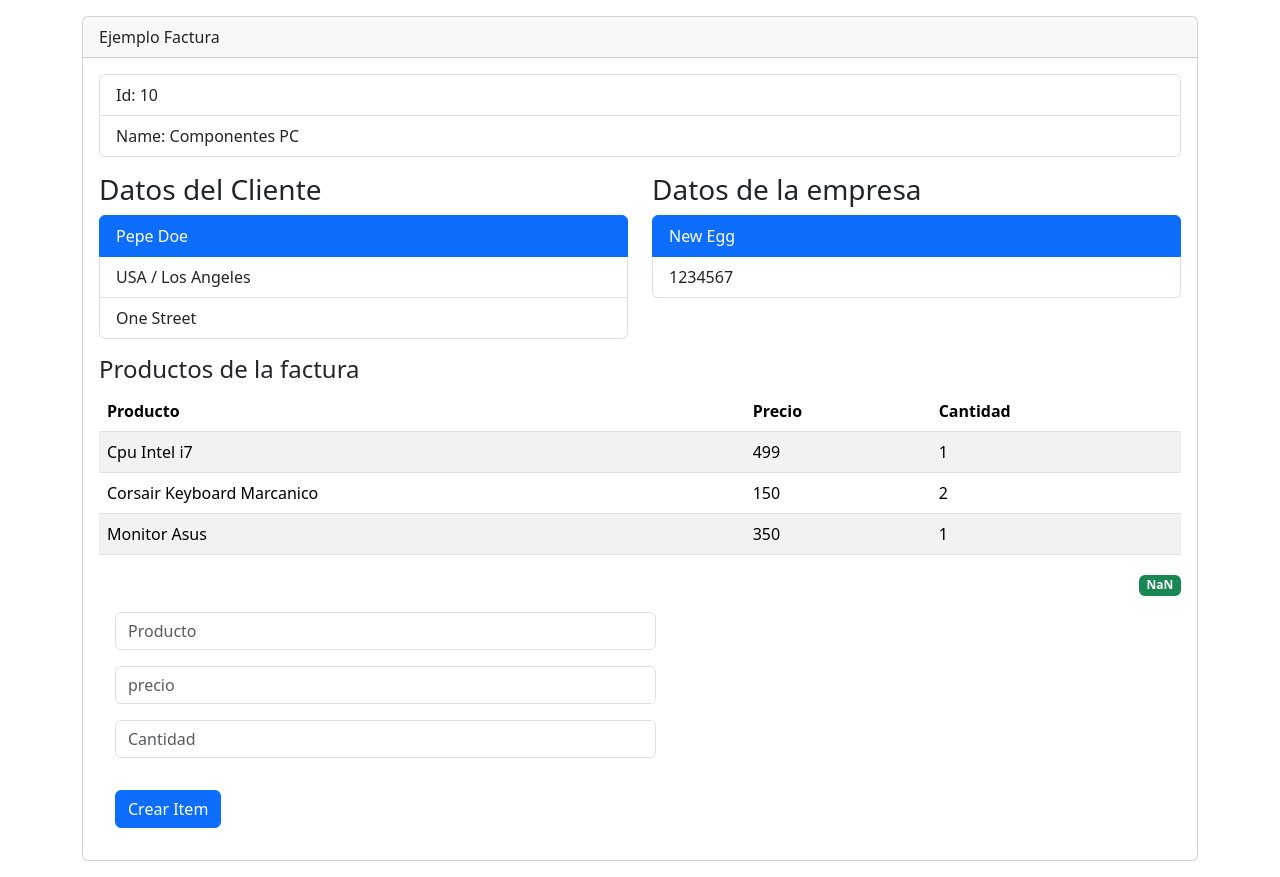
Repository: bryanesteban/4-invoice-app
Page: /
The author's editor kept a copy of each file at every save. The page is drawn from the files as they stood at one save, then again after a run of saves.
The browser window is 1280 px wide. The pictures show the whole page.
The project was rebuilt for these pictures with package versions that can differ from the ones it lists, and the page was loaded fresh each time. Also part of the build but not shown: vite.config.js.

Above is the page before, as saved 2023-11-24 19:26:56.

After the next 2 saves:
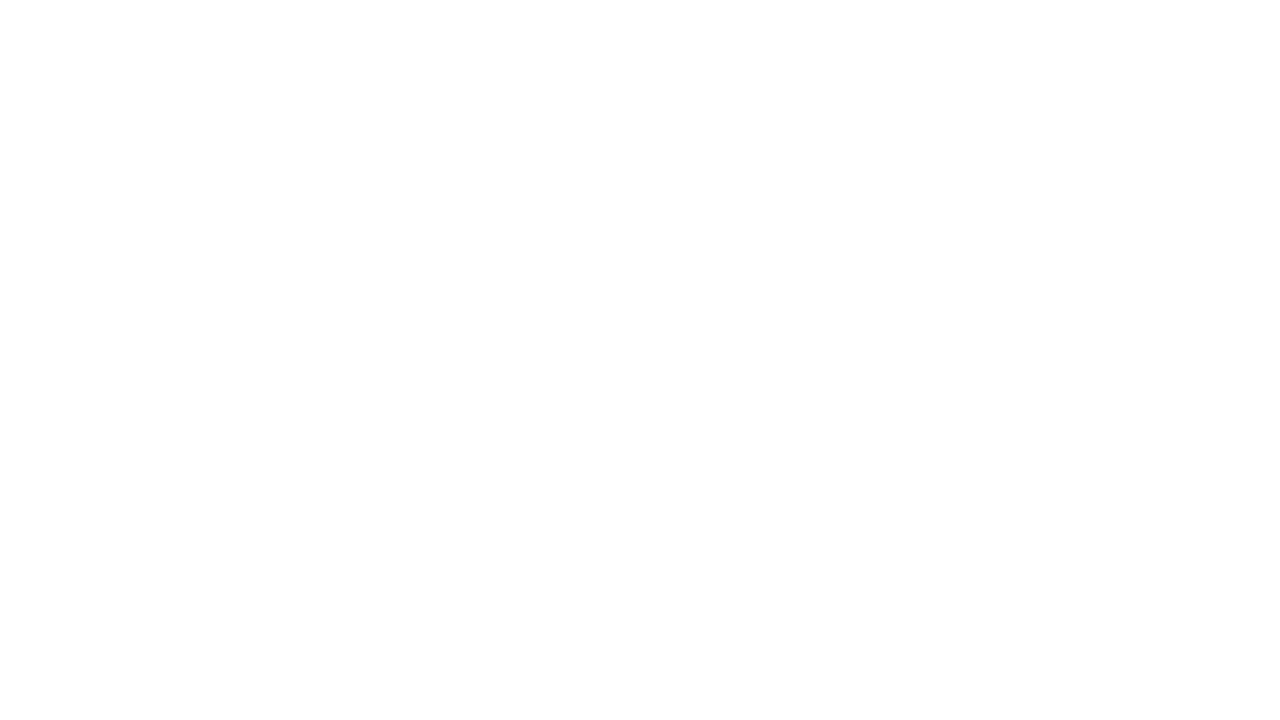
Console error: ReferenceError: items is not defined
The 2 saves are shown as one change because 1 did not build or start.
The last was saved 93 s later.
--- a/src/services/getInvoice.js
+++ b/src/services/getInvoice.js
@@ -10,9 +10,13 @@
 
     });*/
 
-    const total = invoice.items
-        .map( item => item.price * item.quantity)
-        .reduce((accumulator,currentValue) => accumulator + currentValue, 0)
+    const total = calculateTotal(items);
 
     return {...invoice,total};
 }
+
+export const calculateTotal = (items = []) =>{
+    return items
+    .map( item => item.price * item.quantity)
+    .reduce((accumulator,currentValue) => accumulator + currentValue, 0)
+}

After the save that followed:
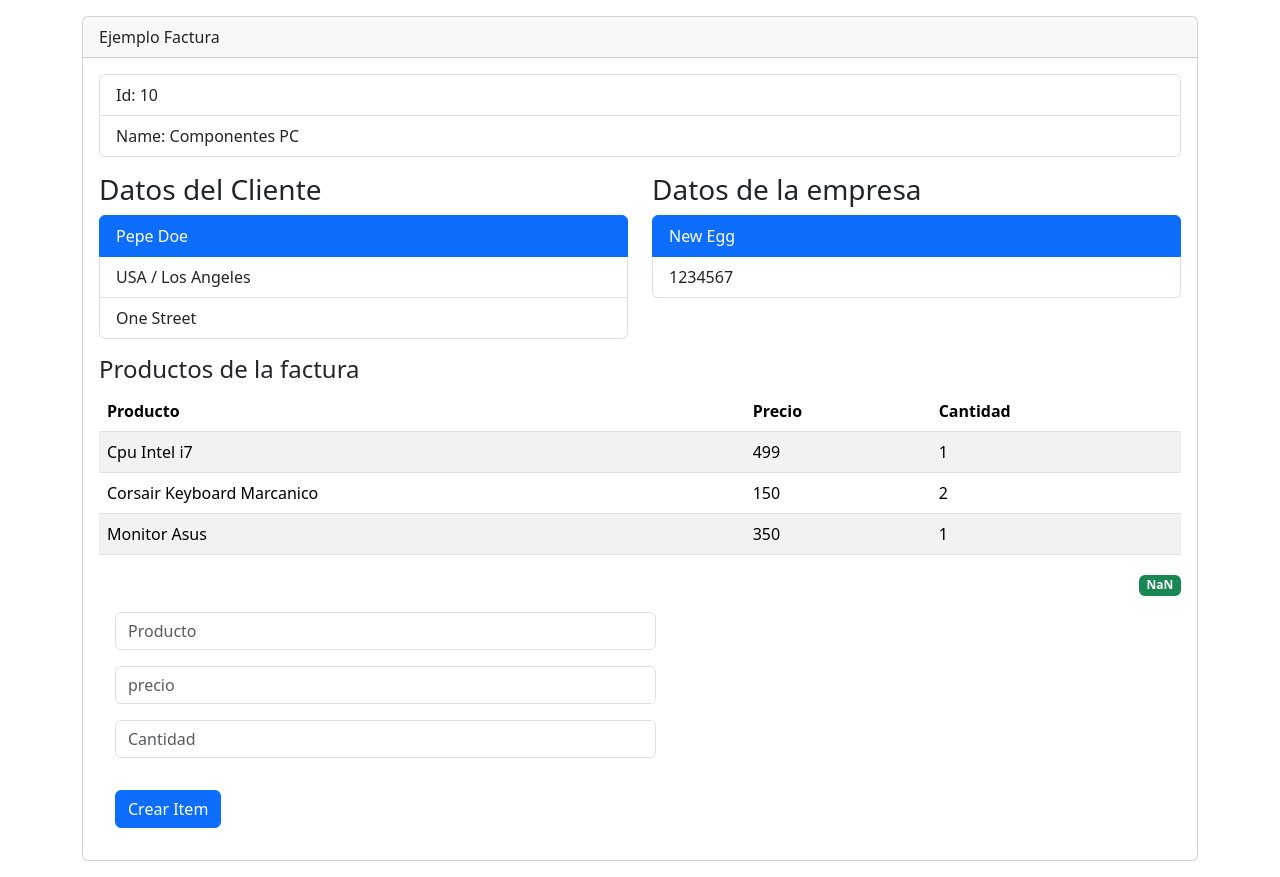
The error is gone.
Saved 20 s later.
--- a/src/services/getInvoice.js
+++ b/src/services/getInvoice.js
@@ -10,7 +10,7 @@
 
     });*/
 
-    const total = calculateTotal(items);
+    const total = calculateTotal(invoice.items);
 
     return {...invoice,total};
 }
